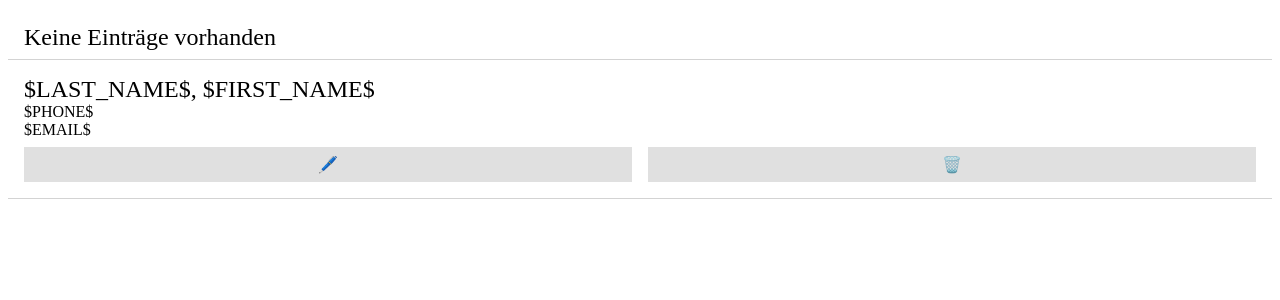
Repository: KIThubber/Fitnesstagebuch
Page: Frontend/src/page-list/page-list.html
The author's editor kept a copy of each file at every save. The page is drawn from the files as they stood at one save, then again after the next save.
The browser window is 1280 px wide. The pictures show the whole page.

Above is the page before, as saved 2022-05-05 16:14:35.

After the next save:
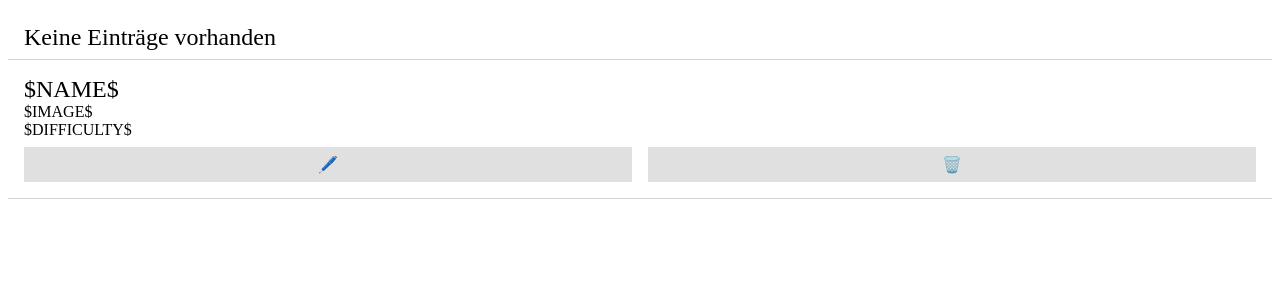
Saved 2 min 36 s later.
--- a/Frontend/src/page-list/page-list.html
+++ b/Frontend/src/page-list/page-list.html
@@ -71,13 +71,13 @@
         <!-- Vorlage für einen Eintrag in der Liste -->
         <li class="list-entry" data-id="$ID$">
             <div class="name">
-                $LAST_NAME$, $FIRST_NAME$
+                $NAME$
             </div>
             <div class="field phone">
-                $PHONE$
+                $IMAGE$
             </div>
             <div class="field email">
-                $EMAIL$
+                $DIFFICULTY$
             </div>
             <div class="actions">
                 <div class="action edit">
